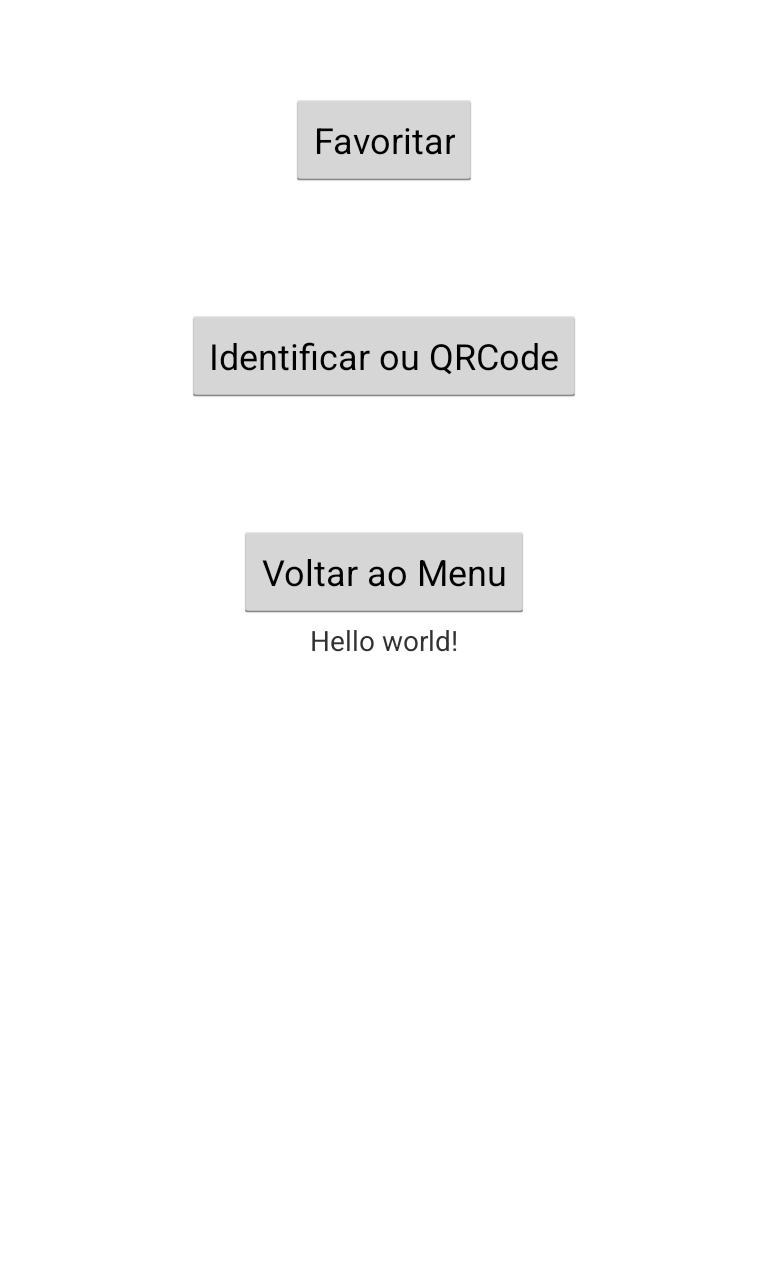
Repository: raphaelferras/eshelf
Layout: eshelfApp/E-shelf/res/layout/activity_item.xml
An editor plug-in stored every save of this project. The layout is shown before and after a run of saves, followed by the edit.
It is drawn on a 768 x 1280 px phone screen (xhdpi) without system bars, with theme AppTheme; the app's code is not run.

Above is the layout before, as saved 2013-03-23 15:55:51.

After the next 2 saves:
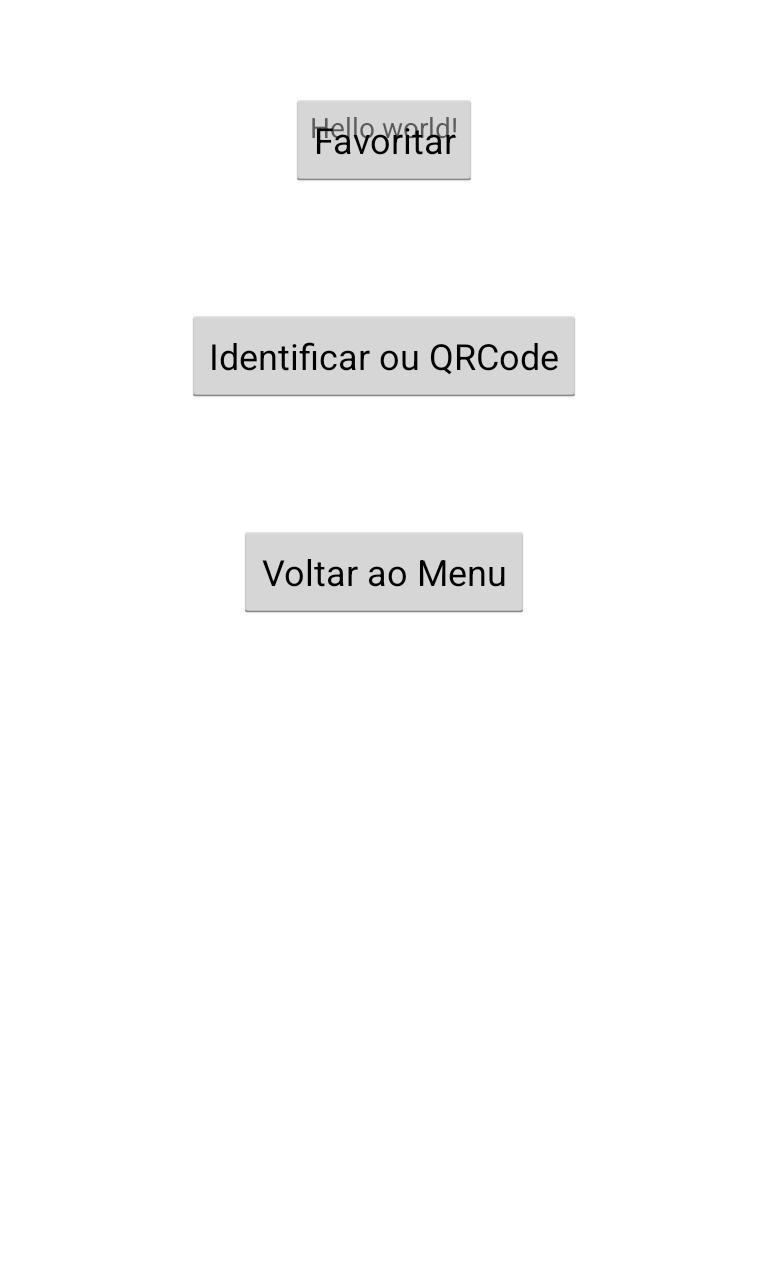
The 2 saves are shown as one change because they came seconds apart.
The last was saved 4 min 0 s later.
--- a/eshelfApp/E-shelf/res/layout/activity_item.xml
+++ b/eshelfApp/E-shelf/res/layout/activity_item.xml
@@ -26,7 +26,7 @@
             android:layout_width="wrap_content"
             android:layout_height="wrap_content"
             android:layout_centerHorizontal="true"
-            android:layout_centerVertical="true"
+            android:layout_marginTop="46dp"
             android:padding="@dimen/padding_medium"
             android:text="@string/hello_world"
             tools:context=".ItemActivity" />
